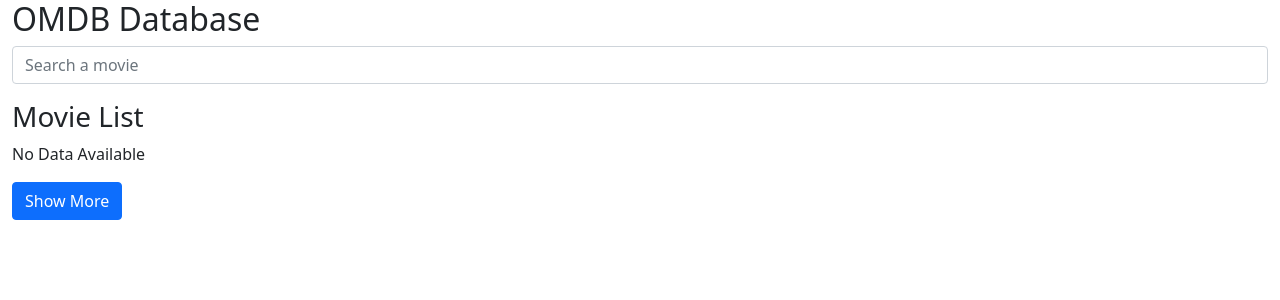
Repository: anirudhbichal/OMDBList
Page: /
These files come from the project's save history. The page is drawn as it stood at one moment and after the next save; the edit follows.
The browser window is 1280 px wide. The pictures show the whole page.
The project was rebuilt for these pictures with package versions that can differ from the ones it lists, and the page was loaded fresh each time. Also part of the build but not shown: src/App.css, src/components/MovieList.js.

Above is the page before, as saved 2022-01-17 00:00:07.

### src/App.js
import { useEffect, useState } from 'react';
import './App.css';
import 'bootstrap/dist/css/bootstrap.min.css';
import { Button, Container, Spinner } from 'react-bootstrap';
import Search from './components/Search';
import MovieList from './components/MovieList';

function App() {
  const [searchvalue, setsearchvalue] = useState('');
  const [movies, setMovies] = useState([]);
  const [loading, setLoading] = useState(false);
  const [pageNumber, setpageNumber] = useState(1);
  const [disableShowMore, setdisableShowMore] = useState(false);

  function getFullMovieDetails (id) {
    return fetch(`http://www.omdbapi.com/?i=${id}&apikey=6c3a2d45`);
  }

  async function fetchSearchData (val) {
    setLoading(true);
    let results = await fetch(`http://www.omdbapi.com/?s=${val}&apiKey=6c3a2d45&page=${pageNumber}`);
    results = await results.json();
    if(results.Response === "False") {
      setLoading(false);
      setdisableShowMore(true);
    }

    results && results.Search && Promise.all(results.Search.map((r) => getFullMovieDetails(r.imdbID)))
      .then(async(res) => Promise.all(res.map(async(data) => await data.json())))
      .then(data => {
        const movieData = [...movies, ...data];
        setMovies(movieData);
        setLoading(false);
      })
      .catch(err => {
        console.error(err);
        setLoading(false);
      });
  };

  useEffect(() => {
    if(searchvalue !== '') {
      fetchSearchData(searchvalue);
    }
  }, [searchvalue, pageNumber]);

  const showMoreClicked = () => {
    setpageNumber(pageNumber + 1);
  }

  const setShowMore = () => {
    setdisableShowMore(false);
  }

  return (
    <Container fluid>
      <h2>OMDB Database</h2>
      <Search searchvalue={setsearchvalue} showMore={setShowMore} />
      <div className='my-3'>
        <h3>Movie List</h3>
        {
          !loading ? (movies.length > 0  ? <MovieList movieData={movies}/> : <p>No Data Available</p>) :
          <Spinner animation="border" role="status">
            <span className="visually-hidden">Loading...</span>
          </Spinner>
        }
      </div>
      <Button onClick={showMoreClicked} disabled={disableShowMore}>Show More</Button>
    </Container>
  );
}

export default App;

### src/components/Search.js
import React, { useCallback } from 'react';
import { Col, Form } from 'react-bootstrap';
import debounce from 'lodash.debounce';

const Search = (props) => {

    const getSearchValue = (event) => {
        if(event.target.value) {
            props.searchvalue(event.target.value);
            props.showMore();
        }
    }

    const debouncedChangeHandler = useCallback(
        debounce(getSearchValue, 500)
    , []);

    return (
        <Col>
            <Form.Control placeholder="Search a movie" onChange={debouncedChangeHandler}/>
        </Col>
    )
}

export default Search

Loaded but not shown: public/index.html (common file); src/index.js (common file); src/index.css (common file); src/reportWebVitals.js (common file)

After the next save:
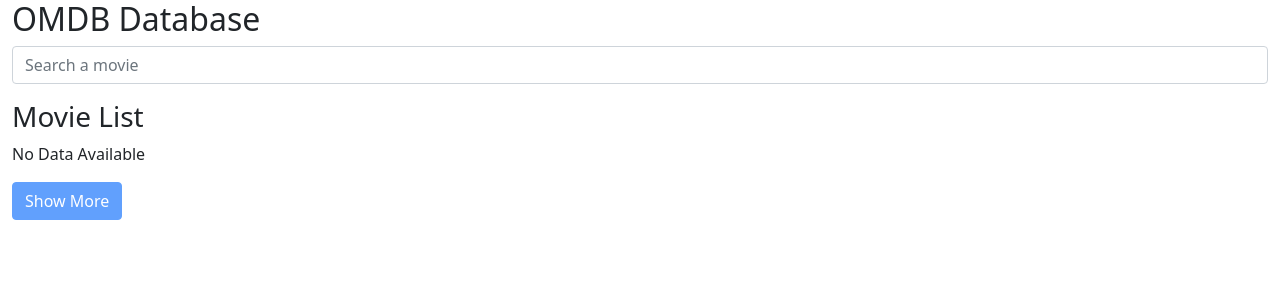
Saved 14 s later.
--- a/src/App.js
+++ b/src/App.js
@@ -10,7 +10,7 @@
   const [movies, setMovies] = useState([]);
   const [loading, setLoading] = useState(false);
   const [pageNumber, setpageNumber] = useState(1);
-  const [disableShowMore, setdisableShowMore] = useState(false);
+  const [disableShowMore, setdisableShowMore] = useState(true);
 
   function getFullMovieDetails (id) {
     return fetch(`http://www.omdbapi.com/?i=${id}&apikey=6c3a2d45`);
